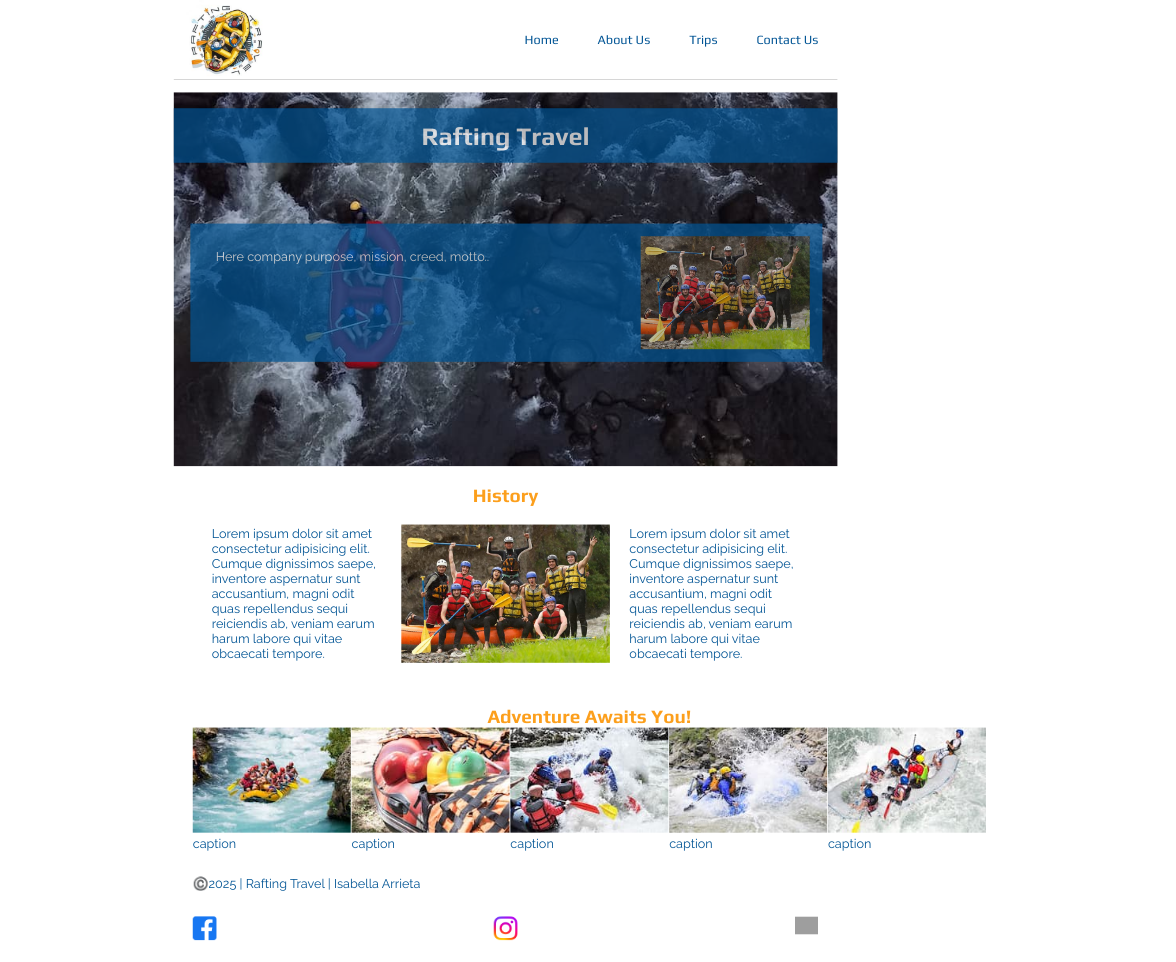
Repository: isaAJ05/wdd130
Page: wwr/about.html
The author's editor kept a copy of each file at every save. The page is drawn from the files as they stood at one save, then again after a run of saves.
The browser window is 1280 px wide. The page is 1280 px wide, then 1488 px, then 1280 px, so the pictures cover 1488 px, including what lies to the right of the window. The pictures show the whole page, at 79% of full size.
Pictures or frames that could not be fetched are drawn as grey boxes.

Above is the page before, as saved 2025-06-06 23:07:50.

After the next 3 saves:
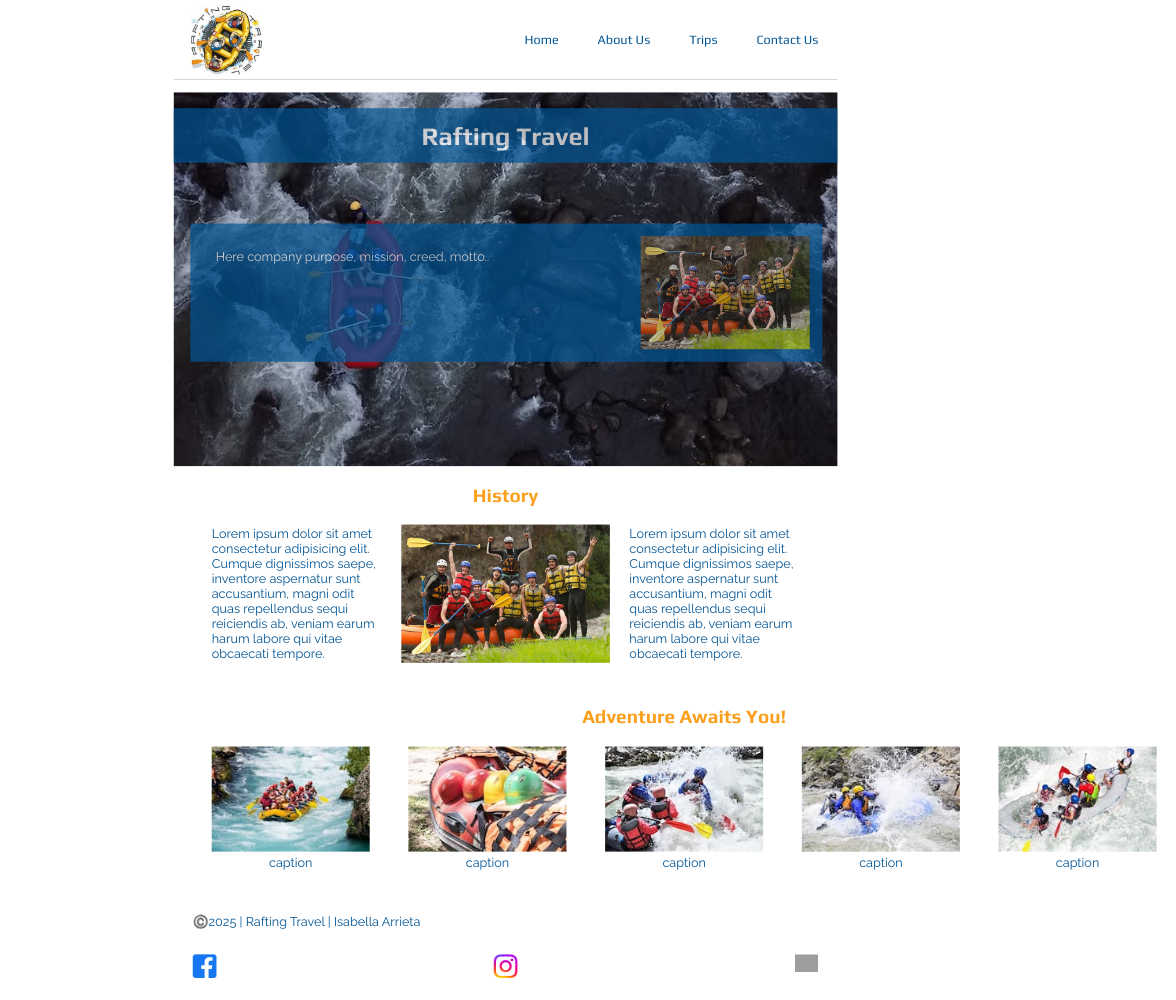
The 3 saves are shown as one change because they came seconds apart.
The last was saved 14 s later.
--- a/wwr/styles/rafting.css
+++ b/wwr/styles/rafting.css
@@ -69,6 +69,11 @@ p, section, article{
     text-align: center;
 
 }
+figure {
+    margin: 16px;
+    padding: 8px;
+    text-align: center;
+}
 nav {
     margin: 16px;
     padding: 8px;

After the save that followed:
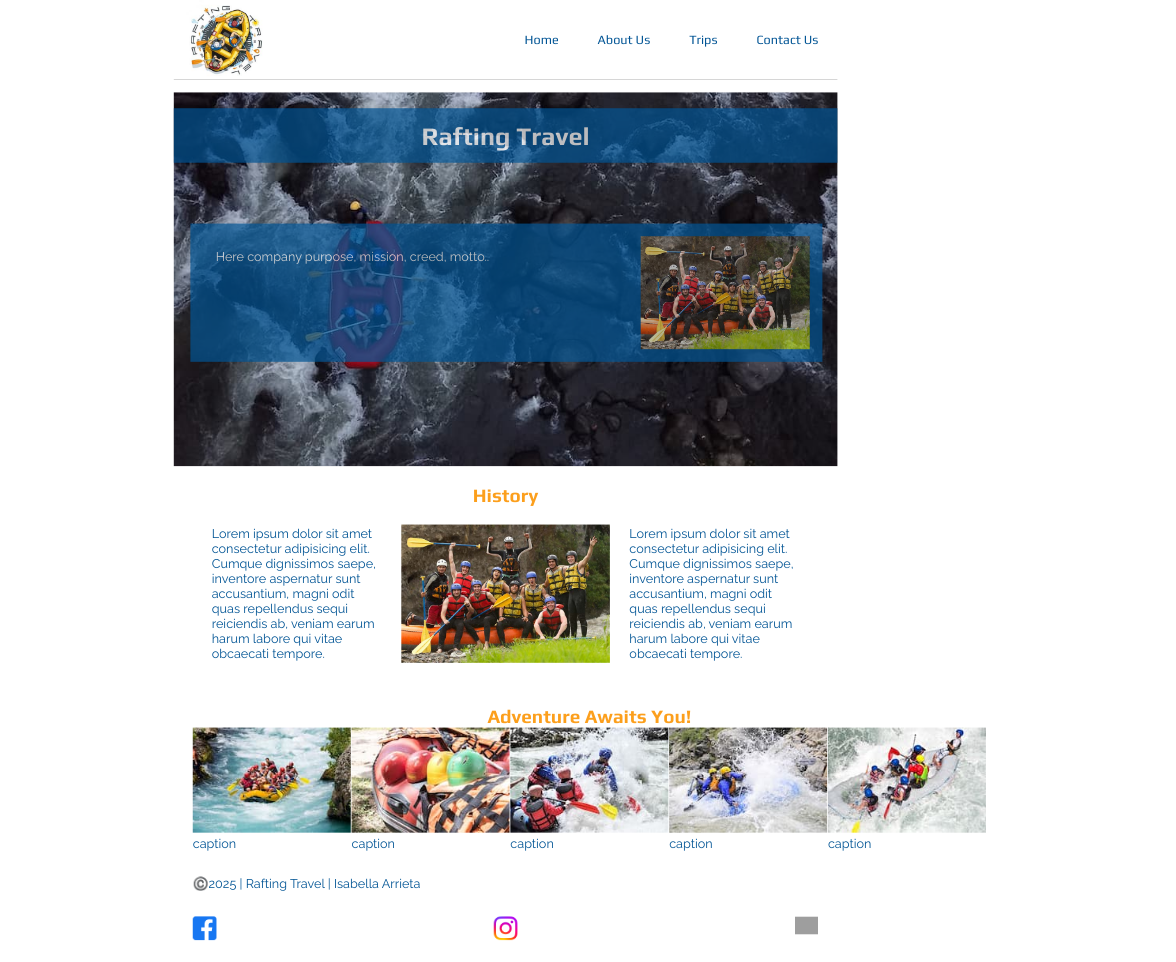
Saved 8 s later.
--- a/wwr/styles/rafting.css
+++ b/wwr/styles/rafting.css
@@ -70,9 +70,8 @@ p, section, article{
 
 }
 figure {
-    margin: 16px;
-    padding: 8px;
-    text-align: center;
+    width: 100%;
+    height: auto;
 }
 nav {
     margin: 16px;
